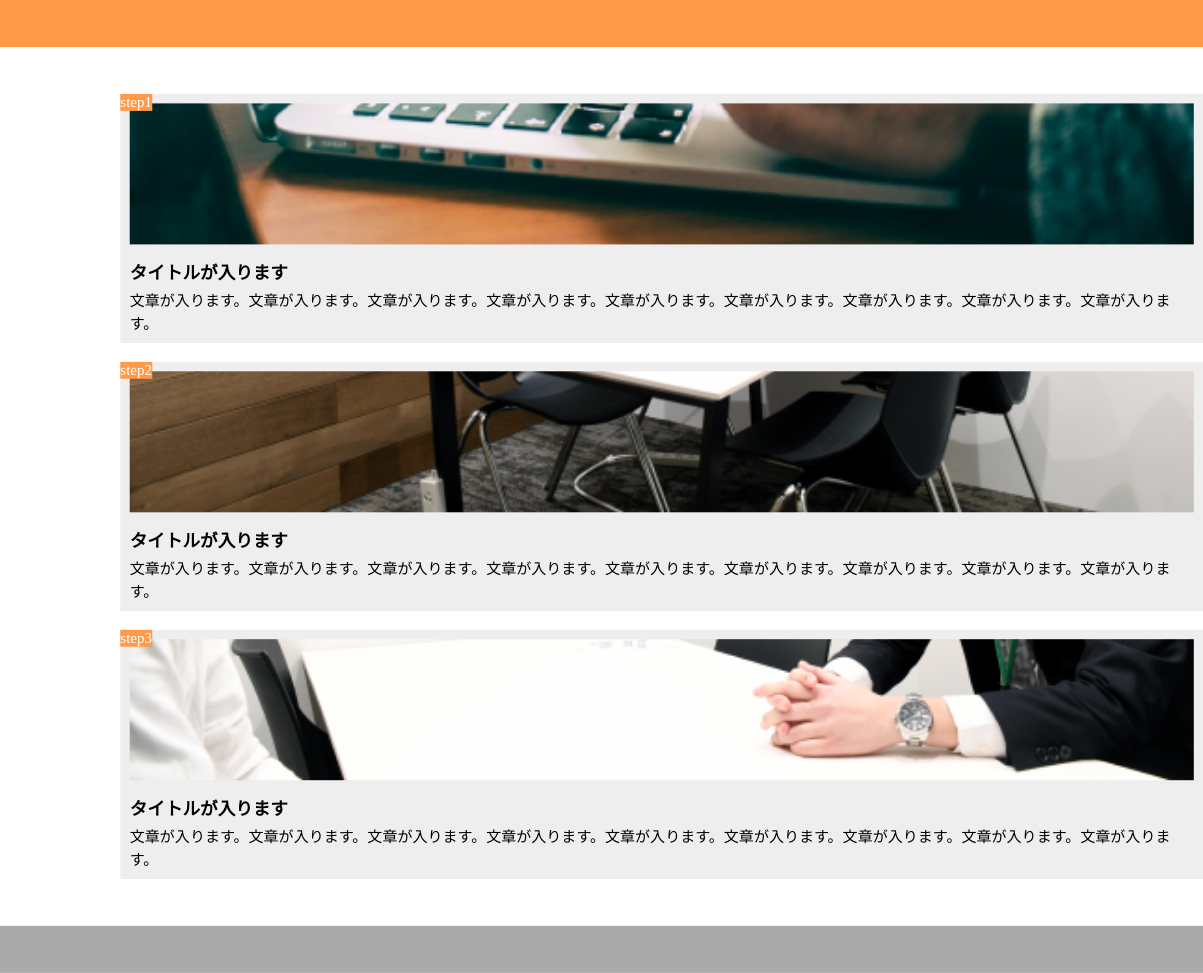
Repository: GAFAMONLINE/kadai
Page: 課題/index.html
The author's editor kept a record of every edit. The page is drawn from the files as they stood at one moment, then again after the next edit.
The browser window is 1280 px wide. The pictures show the whole page, at 94% of full size.

Above is the page before.

### 課題/index.html
<!DOCTYPE html>
<html lang="ja">
  <head>
    <meta charset="UTF-8" />

  <meta name="viewport" content="width=device-width,initial-scale=1.0">
    <title>9章演習</title>
    <link rel="stylesheet" href="style.css" />
  </head>
  <body>
    <header></header>
    <main>
      <div class="step-box">
        <div class="step-img1"></div>
        <span class="step-num">step1</span>
        <h3 class="title">タイトルが入ります</h3>
        <p class="text">
          文章が入ります。文章が入ります。文章が入ります。文章が入ります。文章が入ります。文章が入ります。文章が入ります。文章が入ります。文章が入ります。
        </p>
      </div>

      <div class="step-box2">
        <div class="step-img2"></div>
        <span class="step-num">step2</span>
        <h3 class="title">タイトルが入ります</h3>
        <p class="text">
          文章が入ります。文章が入ります。文章が入ります。文章が入ります。文章が入ります。文章が入ります。文章が入ります。文章が入ります。文章が入ります。
        </p>
      </div>

      <div class="step-box">
        <div class="step-img3"></div>
        <span class="step-num">step3</span>
        <h3 class="title">タイトルが入ります</h3>
        <p class="text">
          文章が入ります。文章が入ります。文章が入ります。文章が入ります。文章が入ります。文章が入ります。文章が入ります。文章が入ります。文章が入ります。
        </p>
      </div>
    </main>
    <footer></footer>
  </body>
</html>

### 課題/style.css
* {
  box-sizing: border-box;
  margin: 0;
  padding: 0;
}
header {
  height: 50px;
  background-color: #ff9a4b;
}

main {
  width: 960px;
  margin: 50px auto;
  display: flex;
}

.step-box {
  width: 300px;
  margin-right: 30px;
  padding: 10px;
  position: relative;
  background-color: #eee;
}

.step-box2 {
  width: 300px;
  margin-right: 30px;
  padding: 10px;
  position: relative;
  background-color: #eee;
}

.step-box:last-child {
  margin-right: 0;
}

.step-img1 {
  height: 150px;
  background-image: url(img/flow01.png);
  background-position: bottom;
  background-size: cover;
}

.step-img2 {
  height: 150px;
  background-image: url(img/flow02.png);
  background-position: bottom;
  background-size: cover;
}

.step-img3 {
  height: 150px;
  background-image: url(img/flow03.png);
  background-position: bottom;
  background-size: cover;
}

.step-num {
  position: absolute;
  top: 0;
  left: 0;
  background-color: #ff9a4b;
  color: #fff;
}

.title {
  margin: 15px 0 5px;
}

footer {
  height: 50px;
  background-color: #aaa;
}

@media screen and (min-width: 768px) {

main {
display: block;
width: 100%;
margin: 50px auto;
}

.step-box {
display: block;
width: 90%;
margin: 0 10%;
}

.step-box2 {
display: block;
width: 90%;
margin: 20px 10%;
}

}いち　それぞれの余白を作るのはどうする…？　に　幅を90％にするには？

After the next edit:
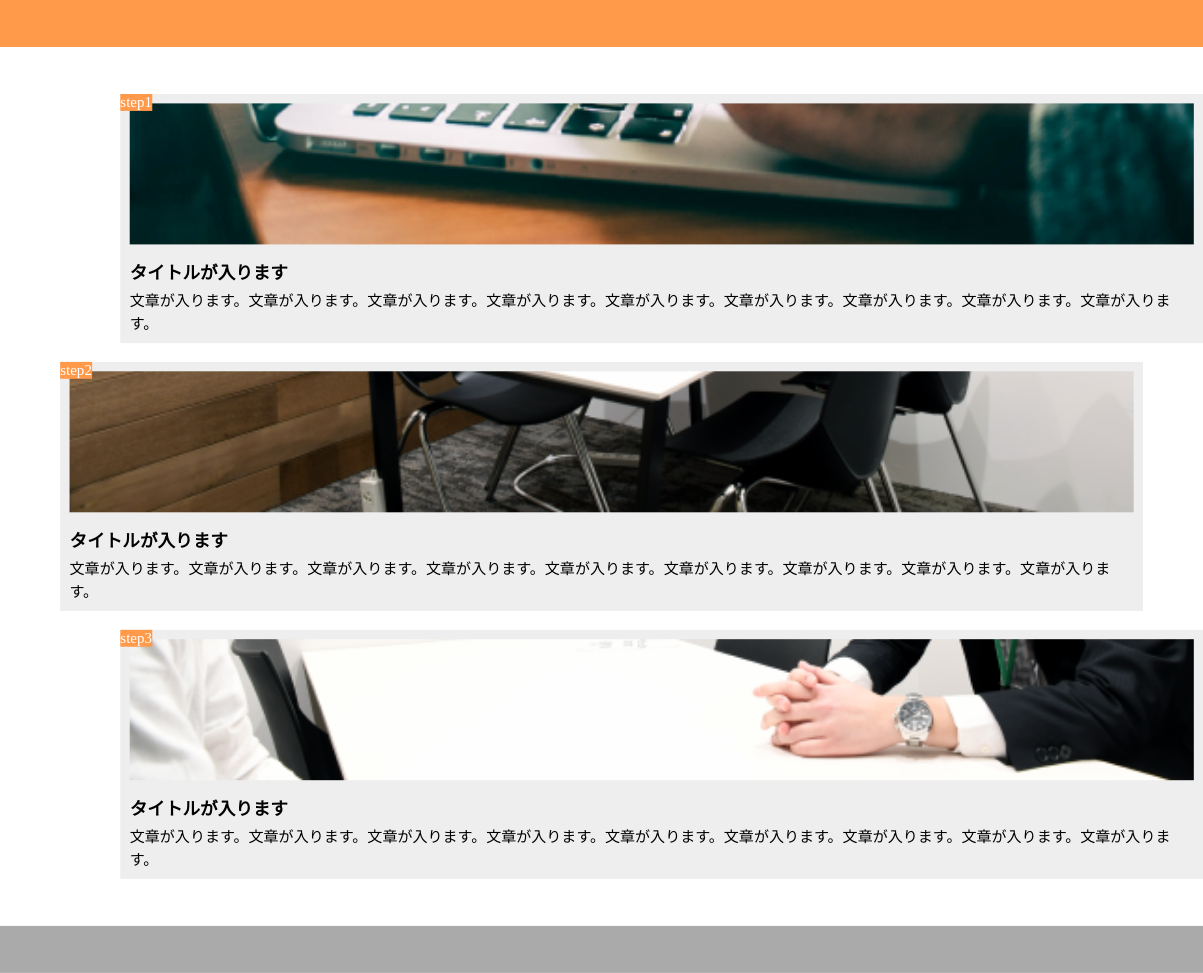
The edit:
--- a/課題/style.css
+++ b/課題/style.css
@@ -89,7 +89,7 @@
 .step-box2 {
 display: block;
 width: 90%;
-margin: 20px 10%;
+margin: 20px auto;
 }
 
 }いち　それぞれの余白を作るのはどうする…？　に　幅を90％にするには？
